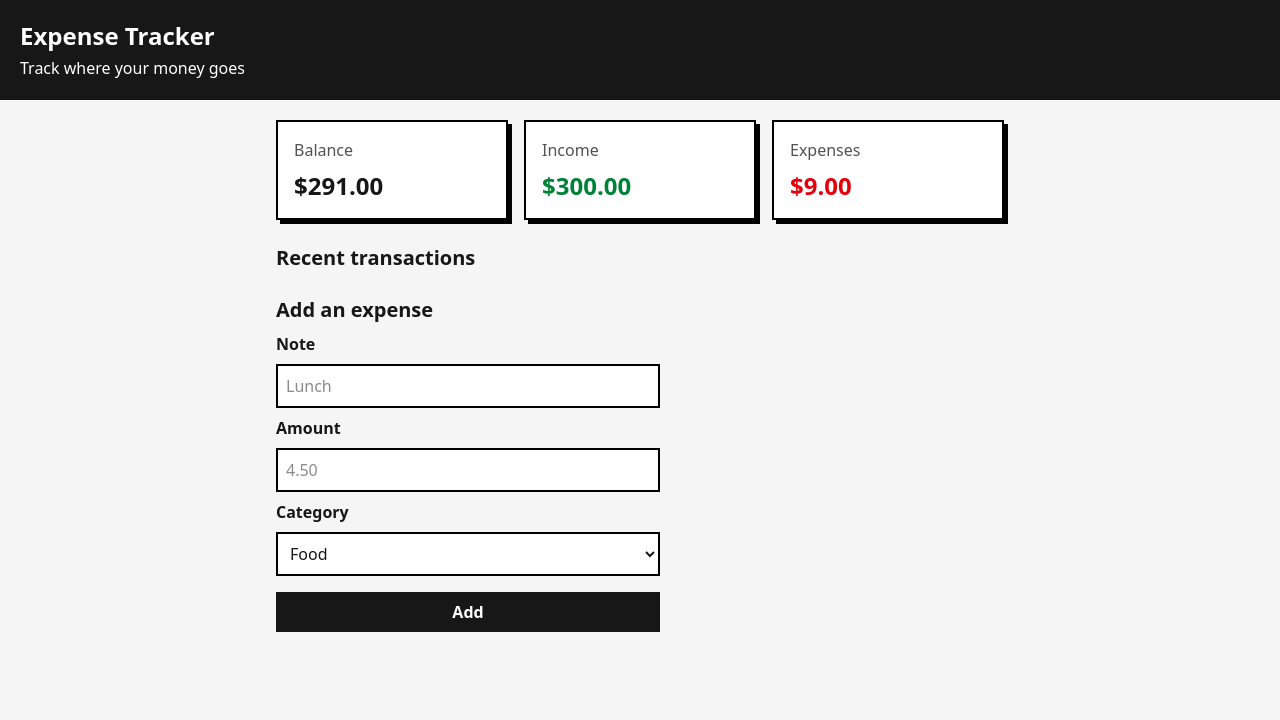
Repository: Keanbunheng/html-basics-Day1_AI
Page: expense-tracker-w2-d4-start/index.html
These files come from the project's save history. The page is drawn as it stood at one moment and after the next save; the edit follows.
The browser window is 1280 px wide. The pictures show the whole page.

Above is the page before, as saved 2026-11-17 21:05:27.

After the next save:
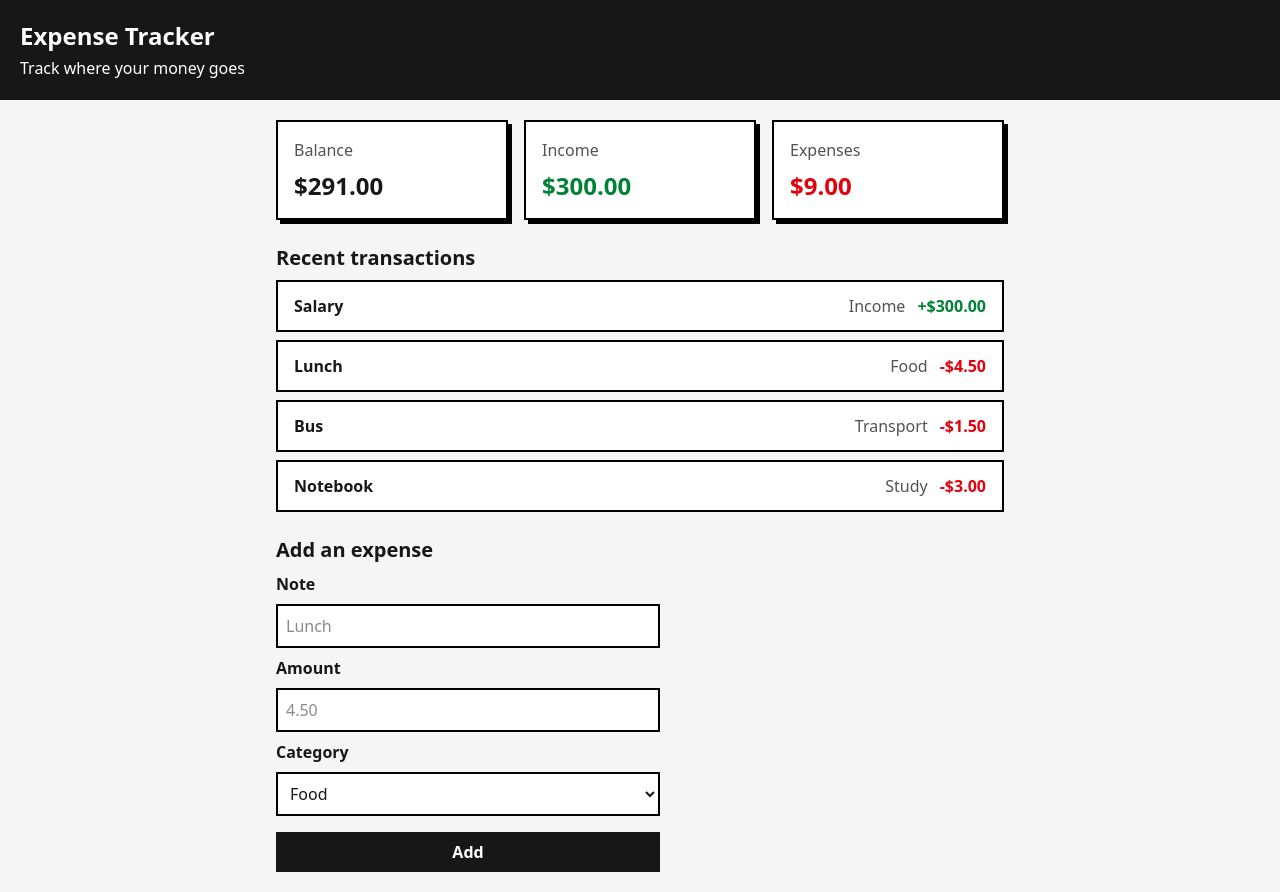
Console error: SyntaxError: Unexpected token ';'
Saved 12 s later.
--- a/expense-tracker-w2-d4-start/app.js
+++ b/expense-tracker-w2-d4-start/app.js
@@ -98,7 +98,7 @@ check('total of empty list', totalCents([]), 0);
 check('total expenses of empty list', totalExpenses([]), 0);
 check('original list not changed', transactions.length, 4); // after addTransaction
 
-const lists = (document.querySelector('#list-container').innerHTML = '');
+const lists = (document.querySelector('#list-container');
 lists.innerHTML = transactions
   .map(
     (ele) => `

After the save that followed:
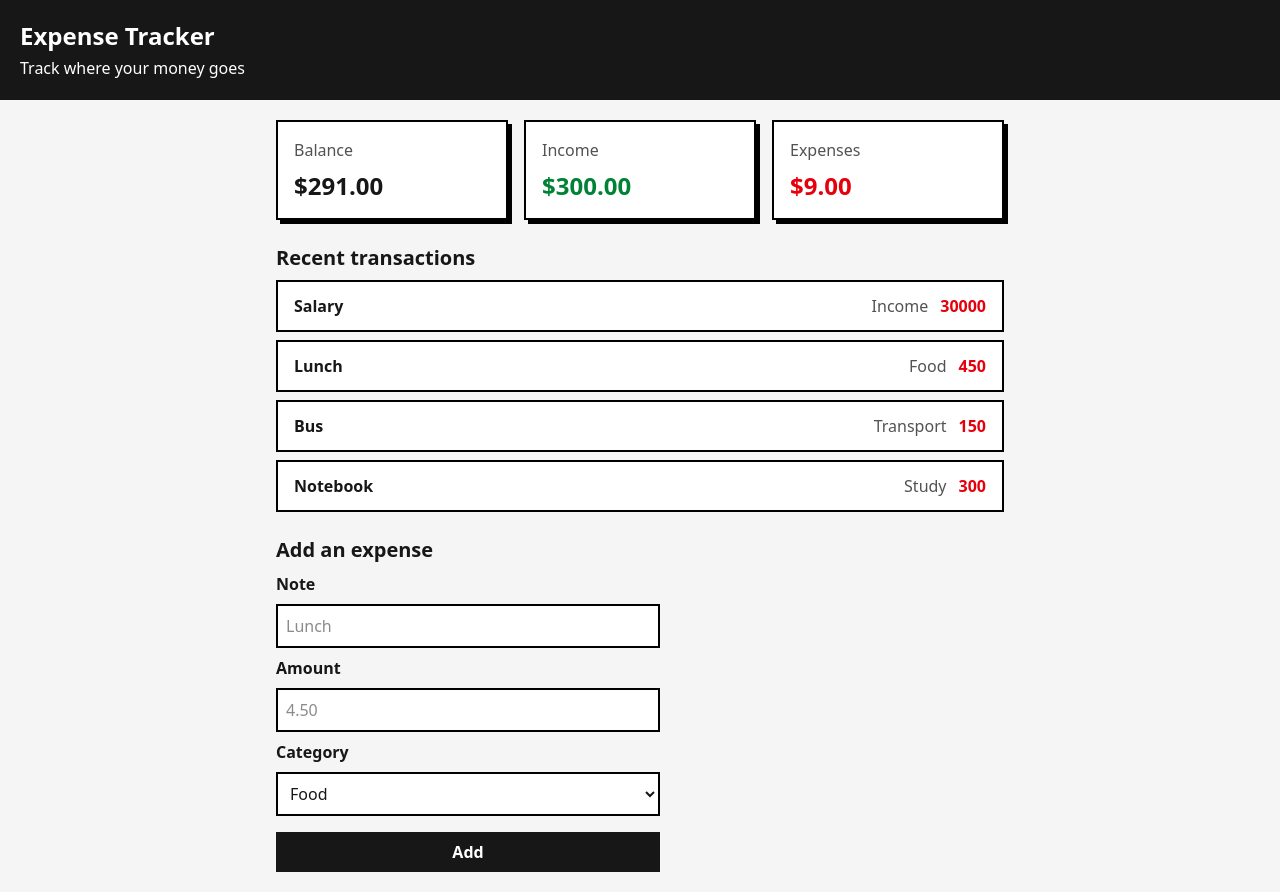
The error is gone.
Saved 4 s later.
--- a/expense-tracker-w2-d4-start/app.js
+++ b/expense-tracker-w2-d4-start/app.js
@@ -98,7 +98,7 @@ check('total of empty list', totalCents([]), 0);
 check('total expenses of empty list', totalExpenses([]), 0);
 check('original list not changed', transactions.length, 4); // after addTransaction
 
-const lists = (document.querySelector('#list-container');
+const lists = document.querySelector('#list-container');
 lists.innerHTML = transactions
   .map(
     (ele) => `
